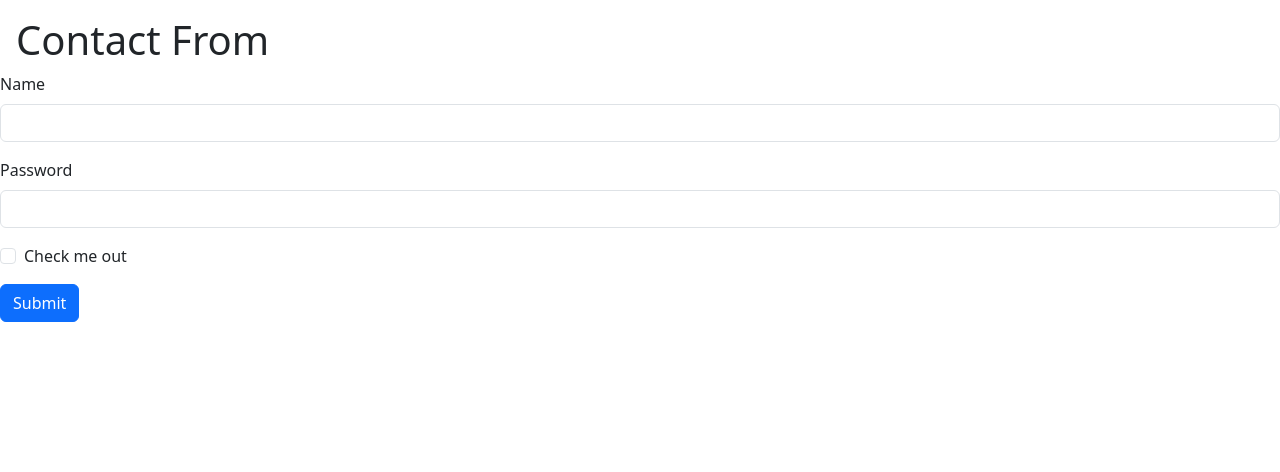
Repository: syni18/bootstrap_form
Page: index.html
The author's editor kept a copy of each file at every save. The page is drawn from the files as they stood at one save, then again after the next save.
The browser window is 1280 px wide. The pictures show the whole page.

Above is the page before, as saved 2023-10-26 15:25:30.

### index.html
<!DOCTYPE html>
<html lang="en">
<head>
    <meta charset="UTF-8">
    <meta name="viewport" content="width=device-width, initial-scale=1.0">
    <link href="https://cdn.jsdelivr.net/npm/bootstrap@5.3.2/dist/css/bootstrap.min.css" rel="stylesheet" integrity="sha384-T3c6CoIi6uLrA9TneNEoa7RxnatzjcDSCmG1MXxSR1GAsXEV/Dwwykc2MPK8M2HN" crossorigin="anonymous">
    <title>Contact From</title>
</head>
<body>
    <h1 class="display-6 ms-3 mt-3">Contact From</h1>
    <form>
  <div class="mb-3">
    <label for="exampleInputName1" class="form-label">Name</label>
    <input type="name" class="form-control" id="exampleInputName1" aria-describedby="NameHelp">
  </div>
  <div class="mb-3">
    <label for="exampleInputPassword1" class="form-label">Password</label>
    <input type="password" class="form-control" id="exampleInputPassword1">
  </div>
  <div class="mb-3 form-check">
    <input type="checkbox" class="form-check-input" id="exampleCheck1">
    <label class="form-check-label" for="exampleCheck1">Check me out</label>
  </div>
  <button type="submit" class="btn btn-primary">Submit</button>
</form>
    <script src="https://cdn.jsdelivr.net/npm/bootstrap@5.3.2/dist/js/bootstrap.bundle.min.js" integrity="sha384-C6RzsynM9kWDrMNeT87bh95OGNyZPhcTNXj1NW7RuBCsyN/o0jlpcV8Qyq46cDfL" crossorigin="anonymous"></script>
</body>
</html>

After the next save:
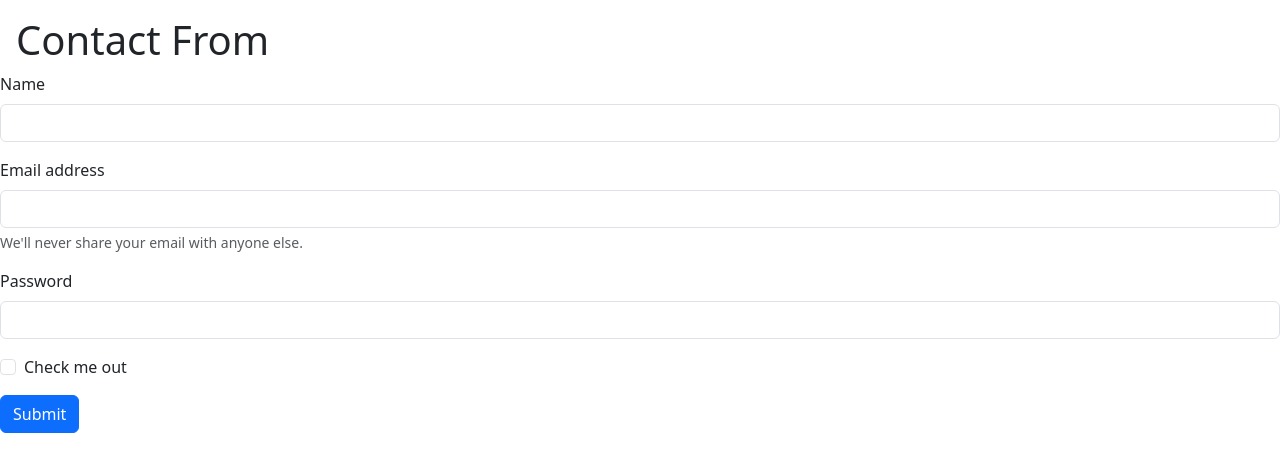
Saved 27 s later.
--- a/index.html
+++ b/index.html
@@ -14,6 +14,11 @@
     <input type="name" class="form-control" id="exampleInputName1" aria-describedby="NameHelp">
   </div>
   <div class="mb-3">
+    <label for="exampleInputEmail1" class="form-label">Email address</label>
+    <input type="email" class="form-control" id="exampleInputEmail1" aria-describedby="emailHelp">
+    <div id="emailHelp" class="form-text">We'll never share your email with anyone else.</div>
+  </div>
+  <div class="mb-3">
     <label for="exampleInputPassword1" class="form-label">Password</label>
     <input type="password" class="form-control" id="exampleInputPassword1">
   </div>
